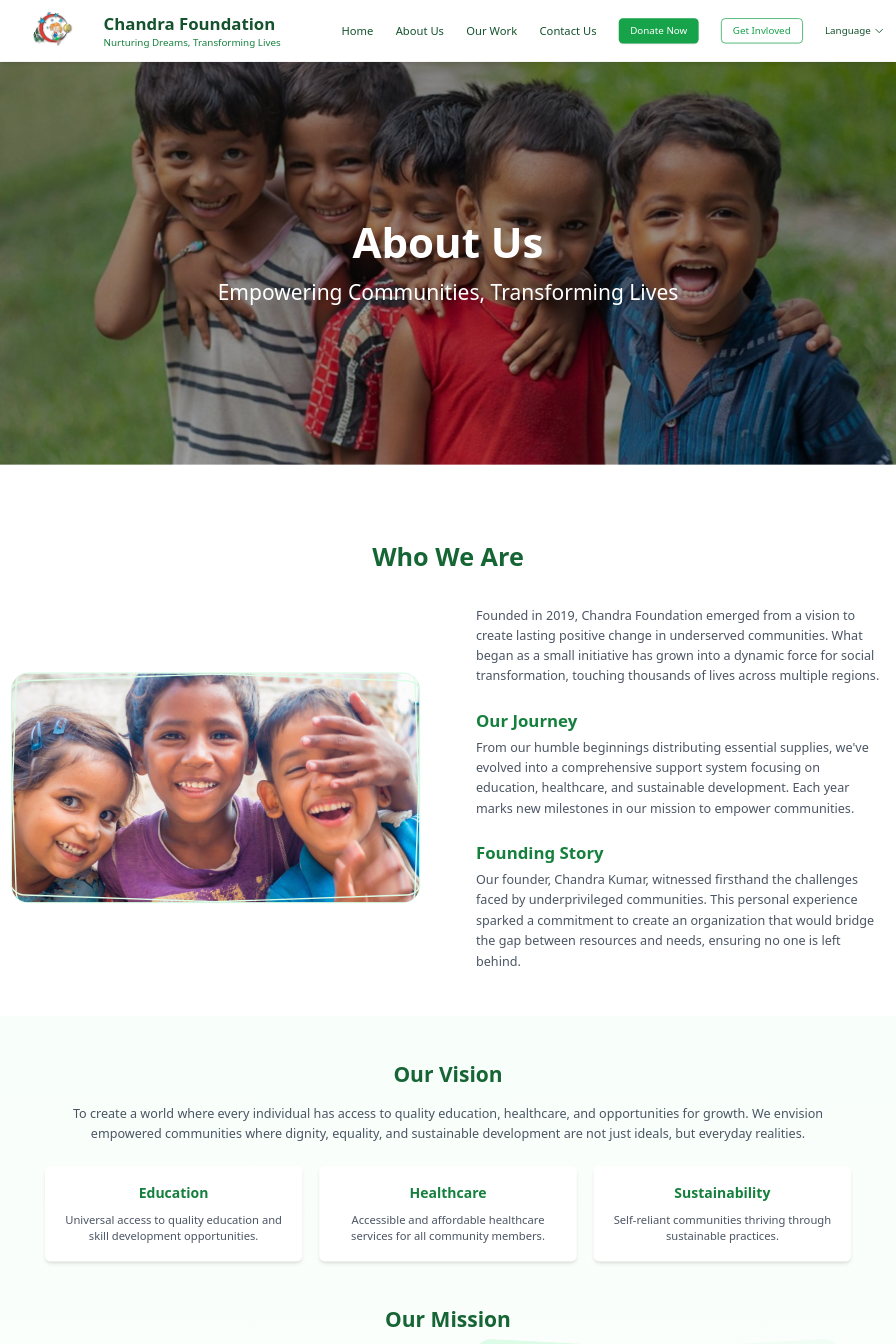
Repository: rajukumar2003/chandra-foundation
Page: /aboutus
The author's editor kept a copy of each file at every save. The page is drawn from the files as they stood at one save, then again after a run of saves.
The browser window is 1280 px wide. The pictures show the part of the page from y = 0 to 1920 px (the page is 3867 px tall), at 70% of full size.
The project was rebuilt for these pictures with package versions that can differ from the ones it lists, and the page was loaded fresh each time. The framework's server and built-in components were replaced by stand-ins that run in the browser. Also part of the build but not shown: next.config.ts.

Above is the page before, as saved 2025-01-30 19:58:43.

### app/layout.tsx
import type { Metadata } from "next";
import { Geist, Geist_Mono } from "next/font/google";
import "./globals.css";
import Navbar from "./components/navbar";
import Footer from "./components/Footer";

const geistSans = Geist({
  variable: "--font-geist-sans",
  subsets: ["latin"],
});

const geistMono = Geist_Mono({
  variable: "--font-geist-mono",
  subsets: ["latin"],
});

export const metadata: Metadata = {
  title: "Create Next App",
  description: "Generated by create next app",
};

export default function RootLayout({
  children,
}: Readonly<{
  children: React.ReactNode;
}>) {
  return (
    <html lang="en">
      <body
        className={`${geistSans.variable} ${geistMono.variable} antialiased`}
      >
        <Navbar />
        {children}
        <Footer/>
      </body>
    </html>
  );
}

### app/globals.css
@tailwind base;
@tailwind components;
@tailwind utilities;
@layer base {
  :root {
    --background: 0 0% 100%;
    --foreground: 0 0% 3.9%;
    --card: 0 0% 100%;
    --card-foreground: 0 0% 3.9%;
    --popover: 0 0% 100%;
    --popover-foreground: 0 0% 3.9%;
    --primary: 0 0% 9%;
    --primary-foreground: 0 0% 98%;
    --secondary: 0 0% 96.1%;
    --secondary-foreground: 0 0% 9%;
    --muted: 0 0% 96.1%;
    --muted-foreground: 0 0% 45.1%;
    --accent: 0 0% 96.1%;
    --accent-foreground: 0 0% 9%;
    --destructive: 0 84.2% 60.2%;
    --destructive-foreground: 0 0% 98%;
    --border: 0 0% 89.8%;
    --input: 0 0% 89.8%;
    --ring: 0 0% 3.9%;
    --chart-1: 12 76% 61%;
    --chart-2: 173 58% 39%;
    --chart-3: 197 37% 24%;
    --chart-4: 43 74% 66%;
    --chart-5: 27 87% 67%;
    --radius: 0.5rem
  }
  .dark {
    --background: 0 0% 3.9%;
    --foreground: 0 0% 98%;
    --card: 0 0% 3.9%;
    --card-foreground: 0 0% 98%;
    --popover: 0 0% 3.9%;
    --popover-foreground: 0 0% 98%;
    --primary: 0 0% 98%;
    --primary-foreground: 0 0% 9%;
    --secondary: 0 0% 14.9%;
    --secondary-foreground: 0 0% 98%;
    --muted: 0 0% 14.9%;
    --muted-foreground: 0 0% 63.9%;
    --accent: 0 0% 14.9%;
    --accent-foreground: 0 0% 98%;
    --destructive: 0 62.8% 30.6%;
    --destructive-foreground: 0 0% 98%;
    --border: 0 0% 14.9%;
    --input: 0 0% 14.9%;
    --ring: 0 0% 83.1%;
    --chart-1: 220 70% 50%;
    --chart-2: 160 60% 45%;
    --chart-3: 30 80% 55%;
    --chart-4: 280 65% 60%;
    --chart-5: 340 75% 55%
  }
}
@layer base {
  * {
    @apply border-border;
  }
  body {
    @apply bg-background text-foreground;
  }
}

@keyframes float {
  0%, 100% {
    transform: translateY(0);
  }
  50% {
    transform: translateY(-20px);
  }
}

@keyframes float-delayed {
  0%, 100% {
    transform: translateY(0);
  }
  50% {
    transform: translateY(-15px);
  }
}

.animate-float {
  animation: float 6s ease-in-out infinite;
}

.animate-float-delayed {
  animation: float-delayed 5s ease-in-out infinite;
  animation-delay: 1s;
}

### app/components/Footer.tsx
"use client";

import { Facebook, Instagram, Linkedin } from "lucide-react";
import Link from "next/link";
import { Input } from "@/components/ui/input";
import { Button } from "@/components/ui/button";

const socialLinks = [
  {
    icon: Facebook,
    href: "https://www.facebook.com/chandraafoundation",
    label: "Facebook",
  },
  {
    icon: Instagram,
    href: "https://www.instagram.com/chandraafoundation",
    label: "Instagram",
  },
  {
    icon: Linkedin,
    href: "https://www.linkedin.com/company/chandraa-foundation/",
    label: "LinkedIn",
  },
];

const quickLinks = [
  { name: "What we do?", href: "/aboutUs" },
  { name: "Our Work", href: "/programs" },
  { name: "Get Involved", href: "/get-involved" },
  { name: "Contact", href: "/contactUs" },
];

export default function Footer() {
  return (
    <footer className="bg-green-900 text-white">
      <div className="container mx-auto px-4 py-12">
        <div className="grid grid-cols-1 md:grid-cols-2 lg:grid-cols-4 gap-8">
          {/* Logo and Description */}
          <div className="space-y-4">
            <Link href="/" className="text-2xl font-bold">
              Chandra Foundation
            </Link>
            <p className="text-green-200 text-sm">
              Nurturing Dreams, Transforming Lives
            </p>
          </div>

          {/* Quick Links */}
          <div>
            <h3 className="text-lg font-semibold mb-4">Quick Links</h3>
            <ul className="space-y-2">
              {quickLinks.map((link) => (
                <li key={link.name}>
                  <Link
                    href={link.href}
                    className="text-green-200 hover:text-white transition-colors"
                  >
                    {link.name}
                  </Link>
                </li>
              ))}
            </ul>
          </div>

          {/* Contact Info */}
          <div>
            <h3 className="text-lg font-semibold mb-4">Contact Us</h3>
            <address className="not-italic text-green-200 space-y-2">
              <p>
                74 D 6 Vivekpuri, Maya Market, Barra Baipass, Kanpur Nagar,
                Uttar Pradesh, 208027
              </p>
              <p>Phone: (+91) 9044850387 </p>
              <p>Email: cf.helpinghands@yahoo.com</p>
            </address>
          </div>

          {/* Newsletter Signup */}
          <div>
            <h3 className="text-lg font-semibold mb-4">Stay Updated</h3>
            <form className="space-y-2">
              <Input
                type="email"
                placeholder="Your email address"
                className="bg-white text-black placeholder-green-400"
              />
              <Button className="w-full bg-green-600 hover:bg-green-700">
                Subscribe
              </Button>
            </form>
          </div>
        </div>

        {/* Bottom Bar */}
        <div className="mt-12 pt-8 border-t border-green-800 flex flex-col md:flex-row justify-between items-center space-y-4 md:space-y-0">
          <div className="text-sm text-green-300">
            © {new Date().getFullYear()} Chandra Foundation. All rights
            reserved.
          </div>
          <div className="flex space-x-4">
            {socialLinks.map((link) => (
              <a
                key={link.label}
                href={link.href}
                target="_blank" // Open link in a new tab
                rel="noopener noreferrer" // Prevent security vulnerabilities
                className="text-green-300 hover:text-white transition-colors"
                aria-label={link.label}
              >
                <link.icon className="w-5 h-5" />
              </a>
            ))}
          </div>
        </div>
      </div>
    </footer>
  );
}

### app/components/AboutIntro.tsx
"use client";

import { motion } from "framer-motion";
import Image from "next/image";

export default function AboutUsIntro() {
  return (
    <section className="py-16 bg-white">
      <div className="container mx-auto px-4">
        <div>
          <h2 className="text-4xl font-bold text-green-800 my-12 flex justify-center items-center">Who We Are</h2>
        </div>
        <div className="grid lg:grid-cols-2 gap-12 lg:gap-20 items-center justify-center">
          {/* Left side - Image */}
          <motion.div
            initial={{ opacity: 0, x: -20 }}
            animate={{ opacity: 1, x: 0 }}
            transition={{ duration: 0.6 }}
            className="relative"
          >
            <div className="relative rounded-3xl overflow-hidden border border-green-200 aspect-[16/9]">
              <Image
                src="/images/aboutus.png"
                alt="Making a difference in communities"
                fill
                className="object-cover"
              />
              {/* Decorative borders */}
              <div className="absolute inset-0 border-2 border-green-100 rounded-3xl transform rotate-2" />
              <div className="absolute inset-0 border-2 border-green-100 rounded-3xl transform -rotate-2" />
            </div>
          </motion.div>

          {/* Right side - Content */}
          <motion.div
            initial={{ opacity: 0, x: 20 }}
            animate={{ opacity: 1, x: 0 }}
            transition={{ duration: 0.6, delay: 0.2 }}
            className="space-y-8"
          >
            {/* Short Para / Who we are */}
            <div>
              <p className="text-gray-600 text-lg leading-relaxed">
                Founded in 2019, Chandra Foundation emerged from a vision to
                create lasting positive change in underserved communities. What
                began as a small initiative has grown into a dynamic force for
                social transformation, touching thousands of lives across
                multiple regions.
              </p>
            </div>

            {/* Our Journey */}
            <div>
              <h3 className="text-2xl font-semibold text-green-700 mb-2">
                Our Journey
              </h3>
              <p className="text-gray-600 text-lg leading-relaxed">
                From our humble beginnings distributing essential supplies,
                we've evolved into a comprehensive support system focusing on
                education, healthcare, and sustainable development. Each year
                marks new milestones in our mission to empower communities.
              </p>
            </div>

            {/* Founding Story */}
            <div>
              <h3 className="text-2xl font-semibold text-green-700 mb-2">
                Founding Story
              </h3>
              <p className="text-gray-600 text-lg leading-relaxed">
                Our founder, Chandra Kumar, witnessed firsthand the challenges
                faced by underprivileged communities. This personal experience
                sparked a commitment to create an organization that would bridge
                the gap between resources and needs, ensuring no one is left
                behind.
              </p>
            </div>

          </motion.div>
        </div>
      </div>
    </section>
  );
}

### app/components/AboutHero.tsx
"use client"

import { motion } from "framer-motion"
import Image from "next/image"

export default function AboutHero() {
  return (
    <section className="relative min-h-[70vh] md:min-h-[80vh] flex items-center justify-center overflow-hidden">
      <Image
        src="/images/about.png"
        alt="Chandra Foundation team working in the community"
        fill
        style={{ objectFit: "cover", filter: "brightness(0.8)" }}
        className="absolute inset-0"
        priority
      />
      <div className="absolute inset-0 bg-black opacity-10" />
      <div className="absolute inset-0 bg-gradient-to-b from-black/20 to-black/10" />
      {/* <div className="absolute inset-0 bg-gradient-to-b from-green-900/70 to-green-800/70" /> */}
      <div className="absolute inset-0 bg-grid-white/[0.05]" />

      <div className="relative z-20 text-center text-white max-w-4xl mx-auto px-4">
        <motion.h1
          initial={{ opacity: 0, y: 30 }}
          animate={{ opacity: 1, y: 0 }}
          transition={{ duration: 0.8, ease: "easeOut" }}
          className="text-4xl md:text-5xl lg:text-6xl font-bold mb-6 leading-tight"
        >
          About Us
        </motion.h1>
        <motion.p
          initial={{ opacity: 0, y: 30 }}
          animate={{ opacity: 1, y: 0 }}
          transition={{ duration: 0.8, delay: 0.2, ease: "easeOut" }}
          className="text-xl md:text-2xl lg:text-3xl font-light"
        >
          Empowering Communities, Transforming Lives
        </motion.p>
      </div>
    </section>
  )
}

### app/components/CoreValues.tsx
"use client"

import { motion } from "framer-motion"
import { Users, Scale, Shield, HandshakeIcon, Lightbulb, Heart, Leaf } from "lucide-react"

const coreValues = [
  {
    icon: Users,
    title: "Empowerment",
    description:
      "We believe in empowering individuals and communities to take charge of their own lives, fostering self-reliance and resilience.",
  },
  {
    icon: Scale,
    title: "Equity",
    description:
      "We are committed to promoting fairness and equal opportunities for all, ensuring that marginalized and underserved populations receive the support they need.",
  },
  {
    icon: Shield,
    title: "Integrity",
    description:
      "We operate with transparency and honesty, building trust with our stakeholders and communities through ethical practices.",
  },
  {
    icon: HandshakeIcon,
    title: "Collaboration",
    description:
      "We value partnerships and teamwork, recognizing that collective efforts lead to greater impact and sustainable change.",
  },
  {
    icon: Lightbulb,
    title: "Innovation",
    description:
      "We embrace creativity and adaptability, continually seeking new solutions and approaches to address the evolving challenges in health, education, and employment.",
  },
  {
    icon: Heart,
    title: "Compassion",
    description:
      "We approach our work with empathy and understanding, prioritizing the well-being and dignity of every individual we serve.",
  },
  {
    icon: Leaf,
    title: "Sustainability",
    description:
      "We are dedicated to creating lasting change through sustainable practices, ensuring that our initiatives have a positive impact for future generations.",
  },
]

export default function CoreValues() {
  return (
    <section className="py-16 bg-gradient-to-b from-white to-green-50/50">
      <div className="container mx-auto px-4">
        <motion.div
          initial={{ opacity: 0, y: 20 }}
          whileInView={{ opacity: 1, y: 0 }}
          viewport={{ once: true }}
          transition={{ duration: 0.6 }}
          className="text-center mb-12"
        >
          <h2 className="text-3xl md:text-4xl font-bold text-green-800 mb-4">Our Core Values</h2>
          <div className="w-20 h-1 bg-green-600 mx-auto mb-6"></div>
        </motion.div>

        <div className="grid gap-8 md:grid-cols-2 lg:grid-cols-3 max-w-7xl mx-auto">
          {coreValues.map((value, index) => (
            <motion.div
              key={value.title}
              initial={{ opacity: 0, y: 20 }}
              whileInView={{ opacity: 1, y: 0 }}
              viewport={{ once: true }}
              transition={{ duration: 0.5, delay: index * 0.1 }}
            >
              <div className="bg-white rounded-lg p-6 shadow-md hover:shadow-lg transition-all duration-300 h-full border border-green-100 group">
                <div className="flex items-start gap-4">
                  <div className="shrink-0">
                    <div className="w-12 h-12 rounded-full bg-green-100 flex items-center justify-center group-hover:bg-green-200 transition-colors duration-300">
                      <value.icon className="w-6 h-6 text-green-600" />
                    </div>
                  </div>
                  <div>
                    <h3 className="text-xl font-semibold text-green-800 mb-2 group-hover:text-green-600 transition-colors duration-300">
                      {value.title}
                    </h3>
                    <p className="text-gray-600 leading-relaxed">{value.description}</p>
                  </div>
                </div>
              </div>
            </motion.div>
          ))}
        </div>
      </div>
    </section>
  )
}

### components/ui/button.tsx
import * as React from "react"
import { Slot } from "@radix-ui/react-slot"
import { cva, type VariantProps } from "class-variance-authority"

import { cn } from "@/lib/utils"

const buttonVariants = cva(
  "inline-flex items-center justify-center gap-2 whitespace-nowrap rounded-md text-sm font-medium transition-colors focus-visible:outline-none focus-visible:ring-1 focus-visible:ring-ring disabled:pointer-events-none disabled:opacity-50 [&_svg]:pointer-events-none [&_svg]:size-4 [&_svg]:shrink-0",
  {
    variants: {
      variant: {
        default:
          "bg-primary text-primary-foreground shadow hover:bg-primary/90",
        destructive:
          "bg-destructive text-destructive-foreground shadow-sm hover:bg-destructive/90",
        outline:
          "border border-input bg-background shadow-sm hover:bg-accent hover:text-accent-foreground",
        secondary:
          "bg-secondary text-secondary-foreground shadow-sm hover:bg-secondary/80",
        ghost: "hover:bg-accent hover:text-accent-foreground",
        link: "text-primary underline-offset-4 hover:underline",
      },
      size: {
        default: "h-9 px-4 py-2",
        sm: "h-8 rounded-md px-3 text-xs",
        lg: "h-10 rounded-md px-8",
        icon: "h-9 w-9",
      },
    },
    defaultVariants: {
      variant: "default",
      size: "default",
    },
  }
)

export interface ButtonProps
  extends React.ButtonHTMLAttributes<HTMLButtonElement>,
    VariantProps<typeof buttonVariants> {
  asChild?: boolean
}

const Button = React.forwardRef<HTMLButtonElement, ButtonProps>(
  ({ className, variant, size, asChild = false, ...props }, ref) => {
    const Comp = asChild ? Slot : "button"
    return (
      <Comp
        className={cn(buttonVariants({ variant, size, className }))}
        ref={ref}
        {...props}
      />
    )
  }
)
Button.displayName = "Button"

export { Button, buttonVariants }

### components/ui/input.tsx
import * as React from "react"

import { cn } from "@/lib/utils"

const Input = React.forwardRef<HTMLInputElement, React.ComponentProps<"input">>(
  ({ className, type, ...props }, ref) => {
    return (
      <input
        type={type}
        className={cn(
          "flex h-9 w-full rounded-md border border-input bg-transparent px-3 py-1 text-base shadow-sm transition-colors file:border-0 file:bg-transparent file:text-sm file:font-medium file:text-foreground placeholder:text-muted-foreground focus-visible:outline-none focus-visible:ring-1 focus-visible:ring-ring disabled:cursor-not-allowed disabled:opacity-50 md:text-sm",
          className
        )}
        ref={ref}
        {...props}
      />
    )
  }
)
Input.displayName = "Input"

export { Input }

Loaded but not shown: lib/utils.ts (common file); tailwind.config.js (83 lines, source omitted); app/(root)/aboutus/page.tsx (406 lines, source omitted); components/ui/dropdown-menu.tsx (201 lines, source omitted); app/components/navbar.tsx (187 lines, source omitted); app/components/VisionMission.tsx (108 lines, source omitted)

After the next 2 saves:
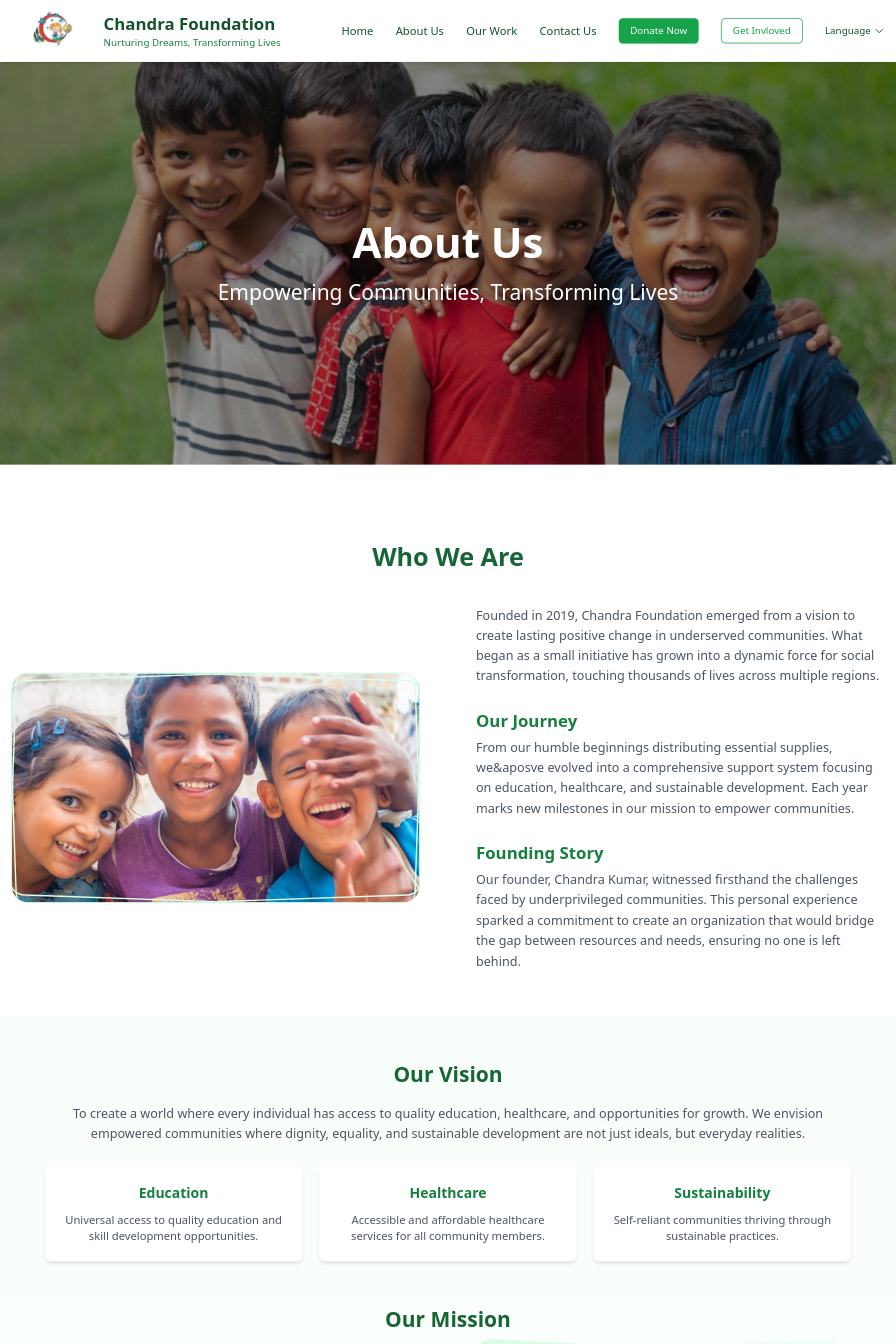
The 2 saves are shown as one change because they came seconds apart.
The last was saved 30 s later.
--- a/app/components/AboutIntro.tsx
+++ b/app/components/AboutIntro.tsx
@@ -56,7 +56,7 @@
               </h3>
               <p className="text-gray-600 text-lg leading-relaxed">
                 From our humble beginnings distributing essential supplies,
-                we've evolved into a comprehensive support system focusing on
+                we&aposve evolved into a comprehensive support system focusing on
                 education, healthcare, and sustainable development. Each year
                 marks new milestones in our mission to empower communities.
               </p>

After the save that followed:
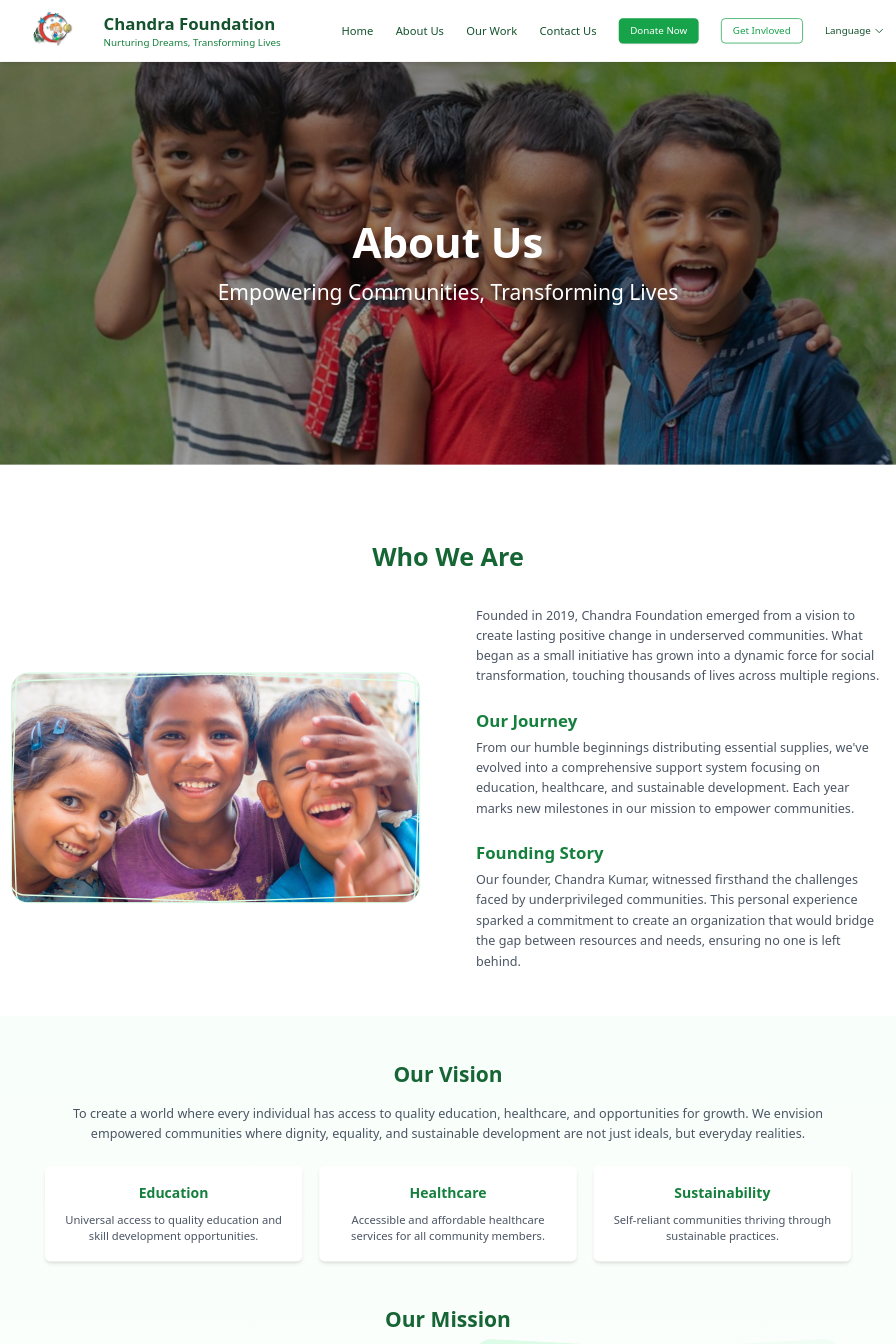
Saved 5 s later.
--- a/app/components/AboutIntro.tsx
+++ b/app/components/AboutIntro.tsx
@@ -56,7 +56,7 @@
               </h3>
               <p className="text-gray-600 text-lg leading-relaxed">
                 From our humble beginnings distributing essential supplies,
-                we&aposve evolved into a comprehensive support system focusing on
+                we&apos;ve evolved into a comprehensive support system focusing on
                 education, healthcare, and sustainable development. Each year
                 marks new milestones in our mission to empower communities.
               </p>
